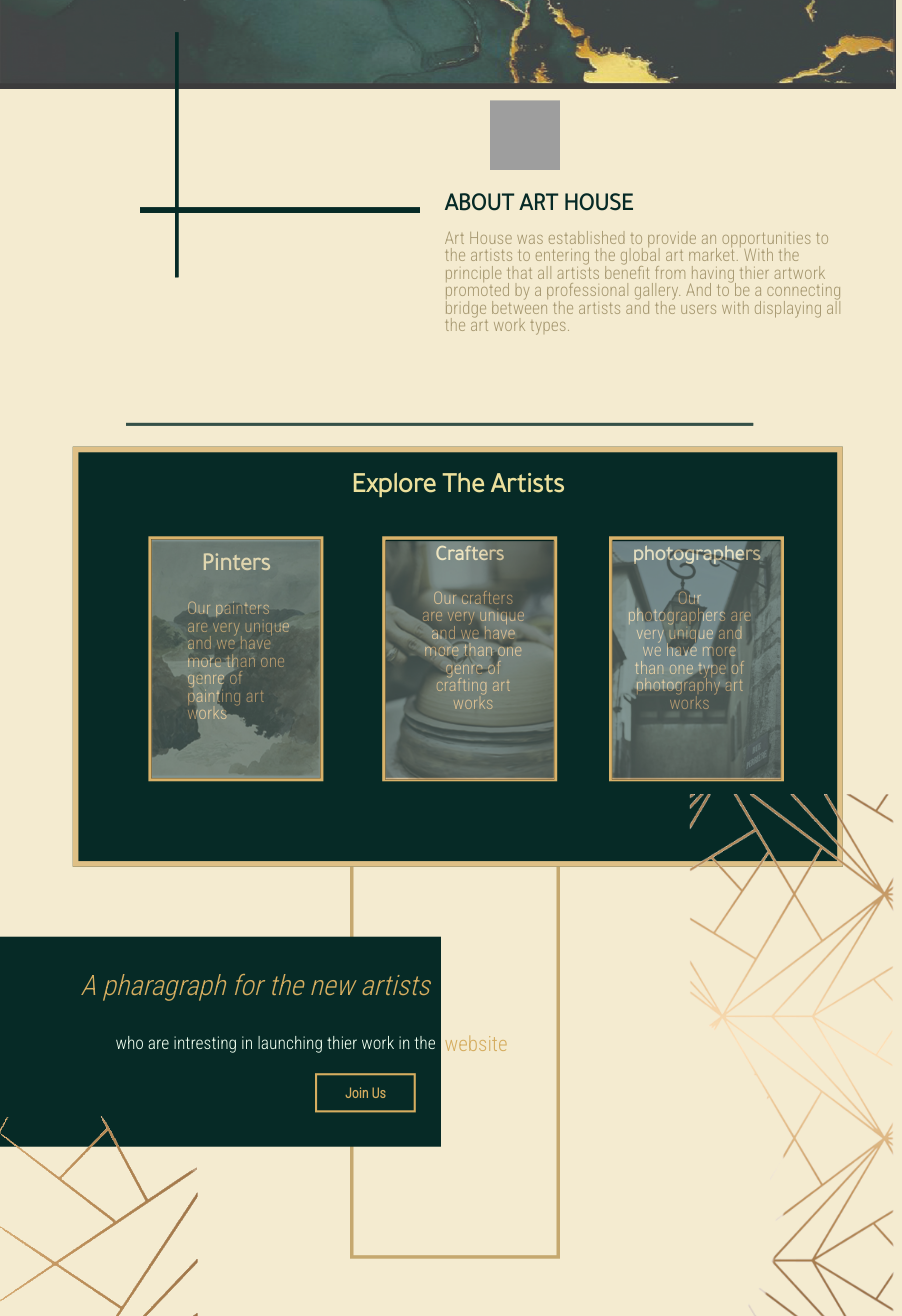
Repository: merge-confilicts/art-house
Page: index.html
The author's editor kept a copy of each file at every save. The page is drawn from the files as they stood at one save, then again after the next save.
The browser window is 1280 px wide. The page is 1289 px wide, so the pictures cover 1289 px, including what lies to the right of the window. The pictures show the part of the page from y = 573 to 2453 px (the page is 2701 px tall), at 70% of full size.
Pictures or frames that could not be fetched are drawn as grey boxes.

Above is the page before, as saved 2021-05-26 12:52:05.

After the next save:
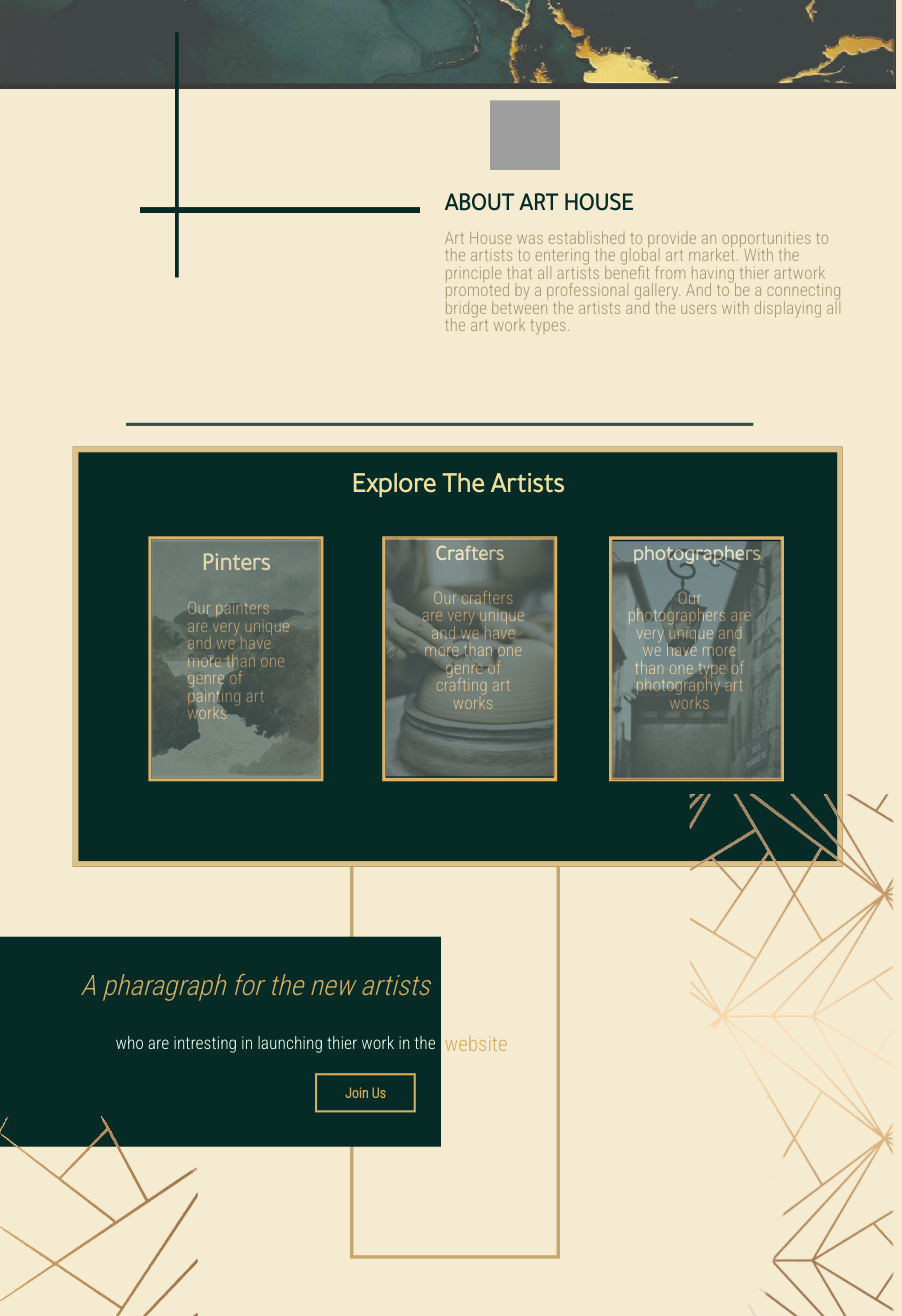
Saved 12 s later.
--- a/css/style.css
+++ b/css/style.css
@@ -338,7 +338,7 @@ main section:nth-child(2) article:nth-child(3) h5 {
   main section:nth-child(2) article:nth-child(3) img{
     width: 242px;
     height: 342px;
-    top: -444px;
+    top: -448px;
     right: 1px;
     position: relative;
     opacity: .5;
